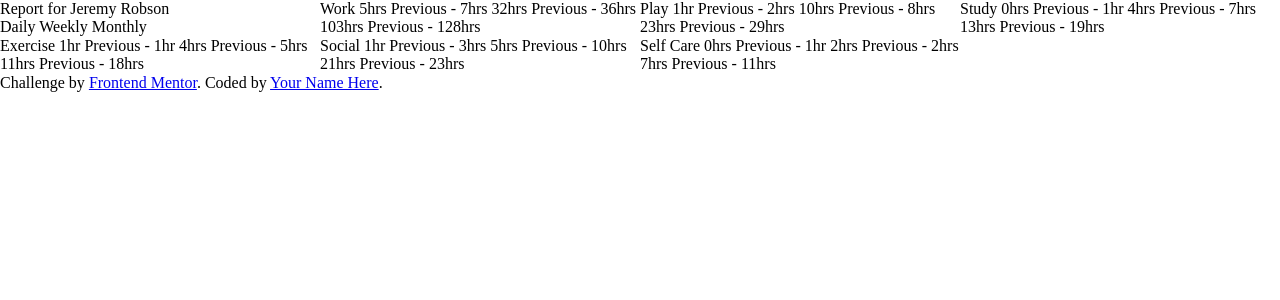
Repository: Jay-JYKim91/FM_time-tracking-dashboard
Page: index.html
An editor plug-in stored every save of this project. The page is shown before and after the next save, followed by the edit.
The browser window is 1280 px wide. The pictures show the whole page.

Above is the page before, as saved 2021-12-15 21:25:15.

After the next save:
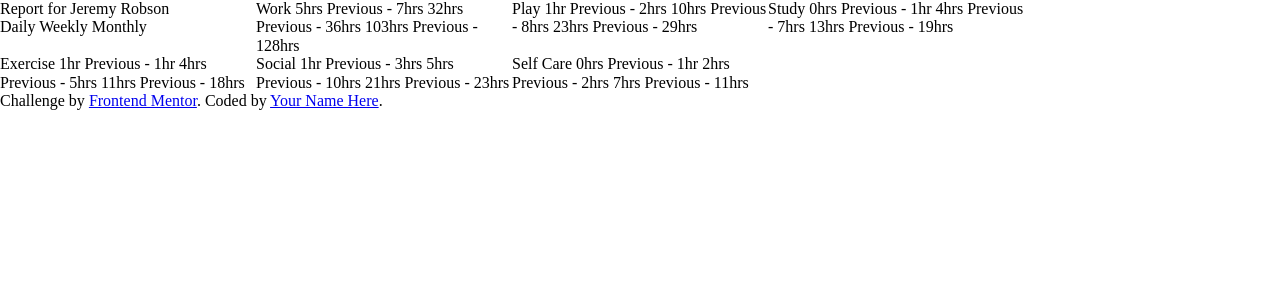
Saved 39 s later.
--- a/style.css
+++ b/style.css
@@ -20,6 +20,7 @@
 --Violet (social): hsl(264, 64%, 52%) */
 
 .container {
+  width: 80vw;
   display: grid;
   grid-template-columns: repeat(4, 1fr);
 }
